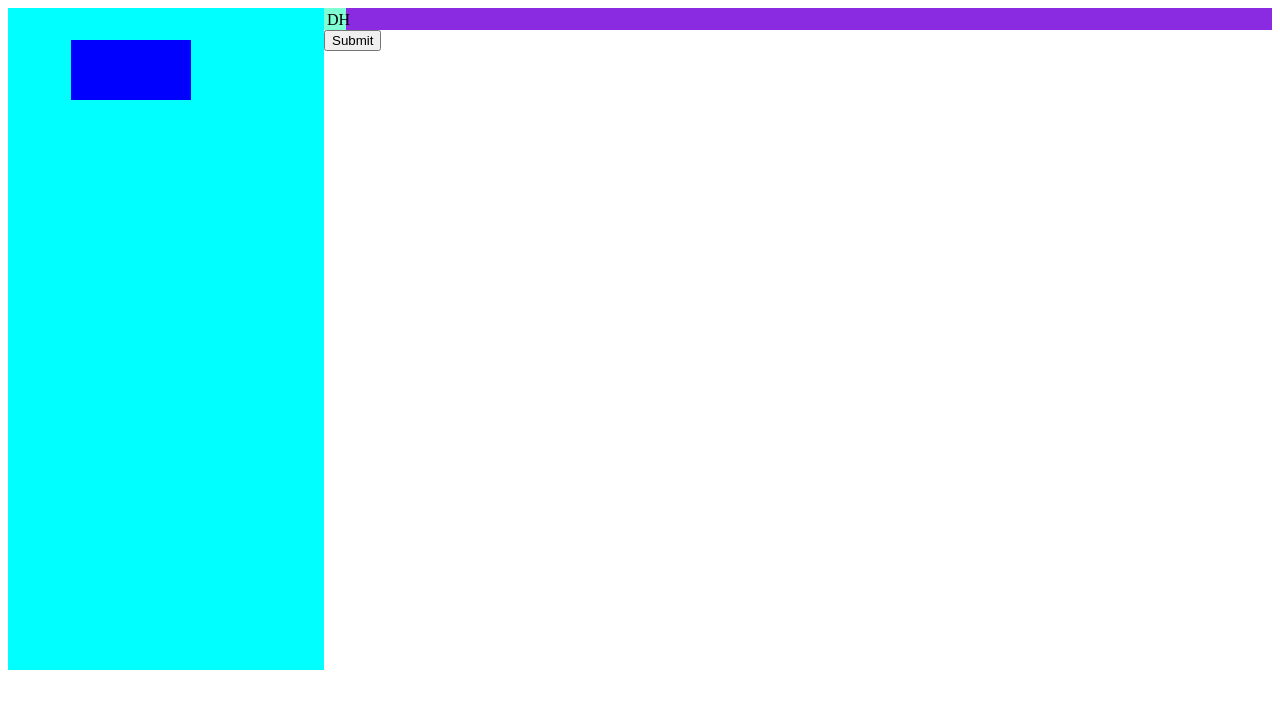
Repository: tr2cky/barrage
Page: index.html
An editor plug-in stored every save of this project. The page is shown before and after a run of saves, followed by the edit.
The browser window is 1280 px wide. The pictures show the whole page.

Above is the page before, as saved 2022-10-03 13:43:01.

After the next 2 saves:
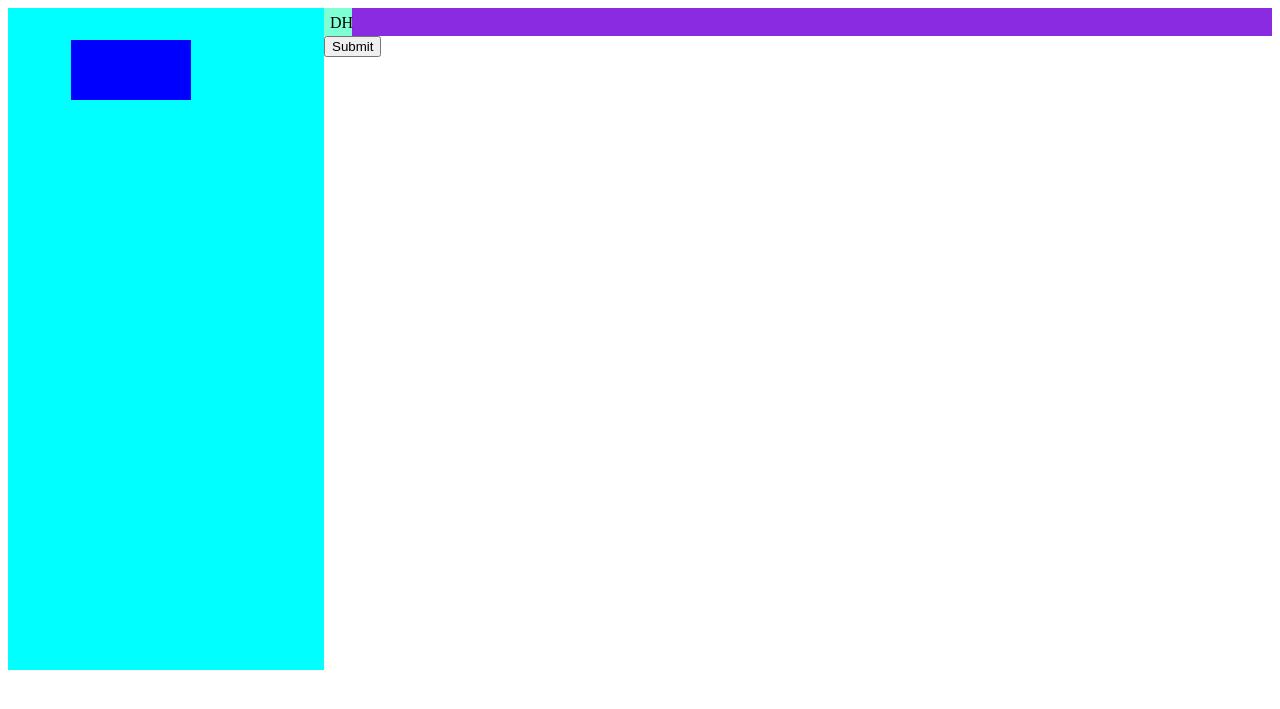
The 2 saves are shown as one change because they came seconds apart.
The last was saved 11 s later.
--- a/style.css
+++ b/style.css
@@ -24,7 +24,7 @@ main {
 }
 .boxheader {
     background-color: aquamarine;
-    padding: 3px;
+    padding: 6px;
     width: 1em;
     height: 1em;
 }
